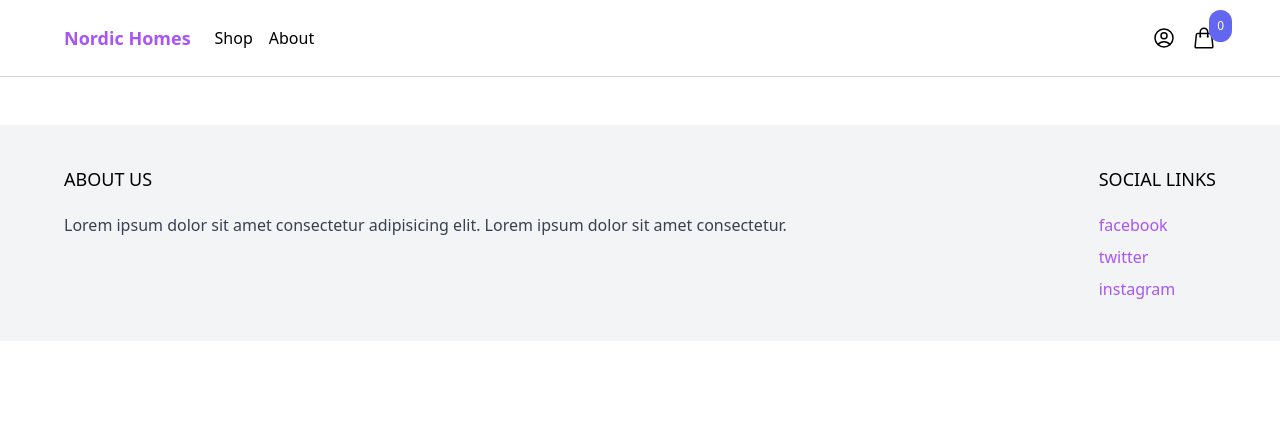
Repository: Calin224/NordicHomes
Page: cart/templates/cart/cart.html
An editor plug-in stored every save of this project. The page is shown before and after the next save, followed by the edit.
The browser window is 1280 px wide. The pictures show the whole page.
Some web libraries are served in a nearby version. The template is drawn by Django 4.2. The application's start-up code is not run. Other server files are loaded and not shown. The template is opened directly, without the code that normally fills it, so the values that code supplies are empty.

Above is the page before, as saved 2023-02-16 20:31:37.

### cart/templates/cart/cart.html
{% extends 'core/base.html' %}

{% block content %}

<div class="max-2-6xl mx-auto flex flex-wrap items-start py-6 px-6 ">
    <div class="product w-full lg:w-3/4">

    </div>
</div>

{% endblock %}

### core/templates/core/base.html
<!DOCTYPE html>
<html lang="en">

<head>
    <meta charset="UTF-8">
    <meta name="viewport" content="width=device-width, initial-scale=1.0">
    <script src="https://cdn.tailwindcss.com"></script>
</head>

<body>
    <nav class="border-b border-gray-300">
        <div class="max-w-6xl mx-auto py-2 px-6 xl:px-0 flex items-center justify-between">
            <div class="menu-left flex items-center space-x-6">
                <a href="{% url 'frontpage' %}" class="py-4 text-lg text-purple-500 font-semibold">Nordic Homes</a>

                <ul class="flex items-center space-x-4">
                    <li><a href="{% url 'shop' %}">Shop</a></li>
                    <li><a href="#">About</a></li>


                    {% if request.user.is_authenticated %}
                        <li><a href="{% url 'logout' %}" class="px-4 py-2 bg-purple-500 hover:bg-purple-700 text-white rounded-lg">Logout</a></li>
                    {% endif %}

                </ul>
            </div>

            <div class="menu-right flex items-center space-x-4">
                <a href="#">
                    <svg xmlns="http://www.w3.org/2000/svg" fill="none" viewBox="0 0 24 24" stroke-width="1.5"
                        stroke="currentColor" class="w-6 h-6">
                        <path stroke-linecap="round" stroke-linejoin="round"
                            d="M17.982 18.725A7.488 7.488 0 0012 15.75a7.488 7.488 0 00-5.982 2.975m11.963 0a9 9 0 10-11.963 0m11.963 0A8.966 8.966 0 0112 21a8.966 8.966 0 01-5.982-2.275M15 9.75a3 3 0 11-6 0 3 3 0 016 0z" />
                    </svg>

                </a>

                {% include 'cart/menu_cart.html' %}
            </div>
        </div>
    </nav>

    <main>
        {% block content %}{% endblock content %}
    </main>

    <footer class="bg-gray-100">
        <div class="max-w-6xl mx-auto py-10 px-6 xl:px-0 md:flex justify-between">
            <div class="footer-left mb-12 md:mb-0">
                <h2 class="mb-5 uppercase text-lg">about us</h2>
                <p class="text-gray-700">Lorem ipsum dolor sit amet consectetur adipisicing elit. Lorem ipsum dolor sit
                    amet consectetur.</p>
            </div>

            <div class="footer-right">
                <h2 class="mb-5 uppercase text-lg">social links</h2>
                <ul class="space-y-2">
                    <li><a href="#" class="text-purple-500 hover:text-purple-800">facebook</a></li>
                    <li><a href="#" class="text-purple-500 hover:text-purple-800">twitter</a></li>
                    <li><a href="#" class="text-purple-500 hover:text-purple-800">instagram</a></li>
                </ul>
            </div>
        </div>
    </footer>

    <script src="https://unpkg.com/htmx.org@1.8.5"></script>
</body>

</html>

### cart/templates/cart/menu_cart.html
<a href="#" id="menu-cart-button" class="relative">
    <svg xmlns="http://www.w3.org/2000/svg" fill="none" viewBox="0 0 24 24" stroke-width="1.5"
        stroke="currentColor" class="w-6 h-6">
        <path stroke-linecap="round" stroke-linejoin="round"
            d="M15.75 10.5V6a3.75 3.75 0 10-7.5 0v4.5m11.356-1.993l1.263 12c.07.665-.45 1.243-1.119 1.243H4.25a1.125 1.125 0 01-1.12-1.243l1.264-12A1.125 1.125 0 015.513 7.5h12.974c.576 0 1.059.435 1.119 1.007zM8.625 10.5a.375.375 0 11-.75 0 .375.375 0 01.75 0zm7.5 0a.375.375 0 11-.75 0 .375.375 0 01.75 0z" />
    </svg>
    <span class="p-2 absolute -top-4 -right-4 bg-indigo-500 text-white text-xs rounded-full">{{cart|length}}</span>
</a>

After the next save:
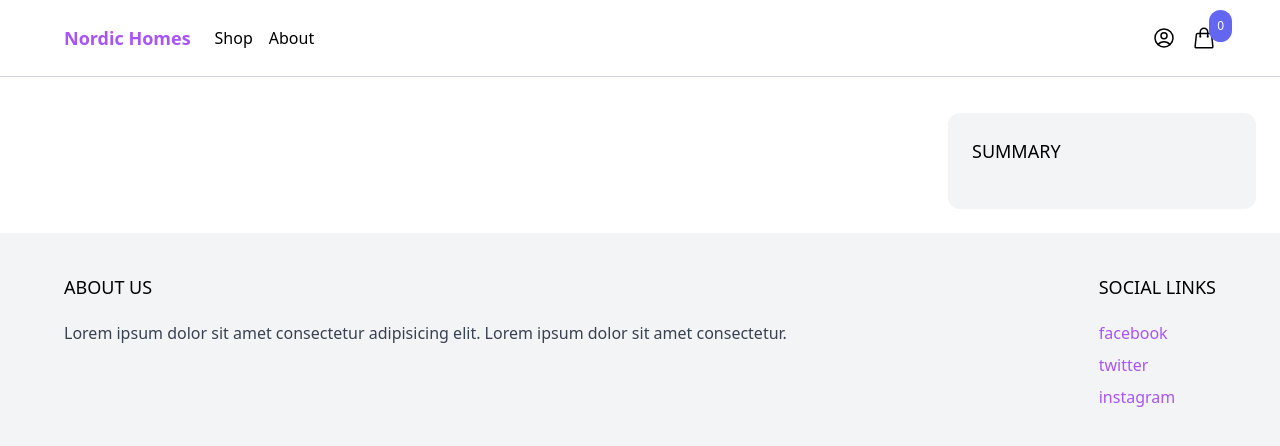
Saved 54 s later.
--- a/cart/templates/cart/cart.html
+++ b/cart/templates/cart/cart.html
@@ -6,6 +6,10 @@
     <div class="product w-full lg:w-3/4">
 
     </div>
+
+    <div class="summary w-full lg:w-1/4 p-6 bg-gray-100 rounded-xl mt-3">
+        <h2 class="uppercase text-lg mb-5">Summary</h2>
+    </div>
 </div>
 
 {% endblock %}
